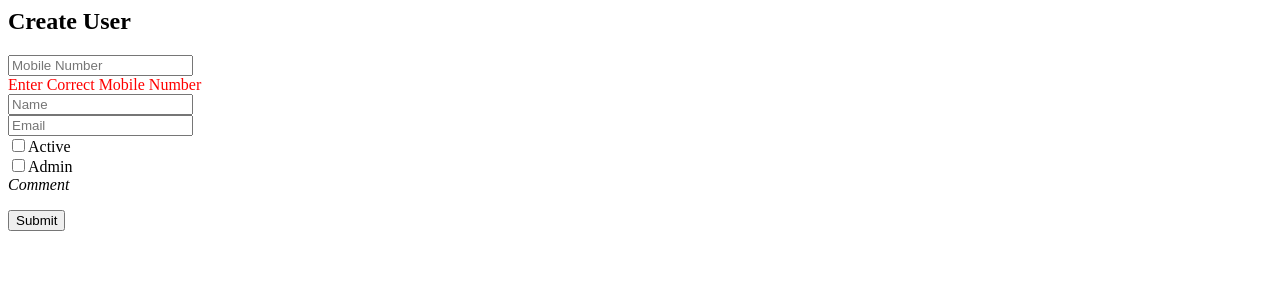
Repository: kshitiz-orizion/ffat-angular
Page: views/user/user-create.html
An editor plug-in stored every save of this project. The page is shown before and after a run of saves, followed by the edit.
The browser window is 1280 px wide. The pictures show the whole page.

Above is the page before, as saved 2018-09-23 18:56:30.

### views/user/user-create.html
<div class="container">
  <section class="user-create">
    <div class="create-user-box">
      <h1>Create User</h1>
      <form name="UserForm">
        <div class="form-group col-md-12">
          <input type="number" name="mobile" ng-pattern="/^[789]\d{9}$/" ng-minlength="10" ng-maxlength="10" class="form-control"
            ng-model="user.mobile" placeholder="Mobile Number">
        </div>
        <div class="col-md-12">
          <span style="color:red" ng-show="UserForm.mobile.$invalid">Enter Correct Mobile Number</span>
        </div>
        <div class="form-group col-md-12">
          <input type="text" class="form-control" ng-model="user.name" placeholder="Name">
        </div>
        <div class="form-group col-md-12">
          <input type="email" class="form-control" ng-model="user.email" placeholder="Email">
        </div>
        <div class="form-group col-md-6">
          <label><input type="checkbox" ng-model="user.is_active">Active</label>
        </div>
        <div class="form-group col-md-6">
          <label><input type="checkbox" ng-model="user.is_staff">Admin</label>
        </div>
        <div class="form-group col-md-12">
          <i class="fa fa-plus btn btn-small" ng-click="addComment()">Comment</i>
        </div>
      </form>

    </div>
  </section>
</div>



<button type="submit" class="btn btn-primary" ng-click="submitUser(user)">Submit</button>

After the next 2 saves:
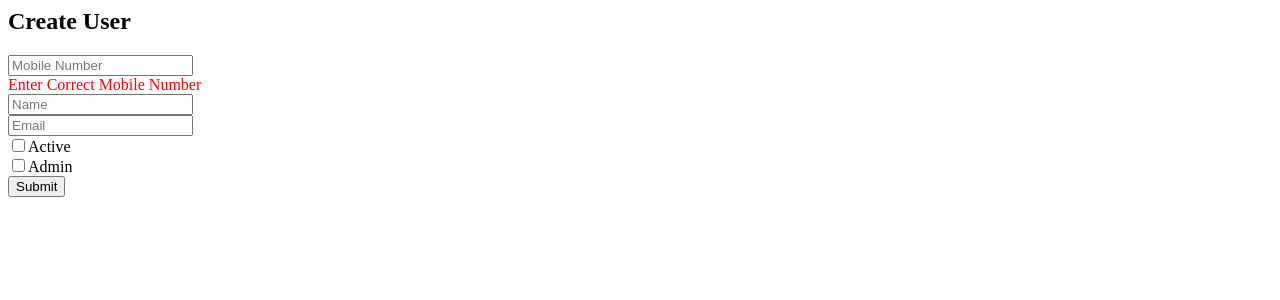
The 2 saves are shown as one change because they came seconds apart.
The last was saved 20 s later.
--- a/views/user/user-create.html
+++ b/views/user/user-create.html
@@ -23,14 +23,10 @@
           <label><input type="checkbox" ng-model="user.is_staff">Admin</label>
         </div>
         <div class="form-group col-md-12">
-          <i class="fa fa-plus btn btn-small" ng-click="addComment()">Comment</i>
+          <button type="submit" class="btn btn-primary" ng-click="submitUser(user)">Submit</button>
         </div>
       </form>
 
     </div>
   </section>
 </div>
-
-
-
-<button type="submit" class="btn btn-primary" ng-click="submitUser(user)">Submit</button>
